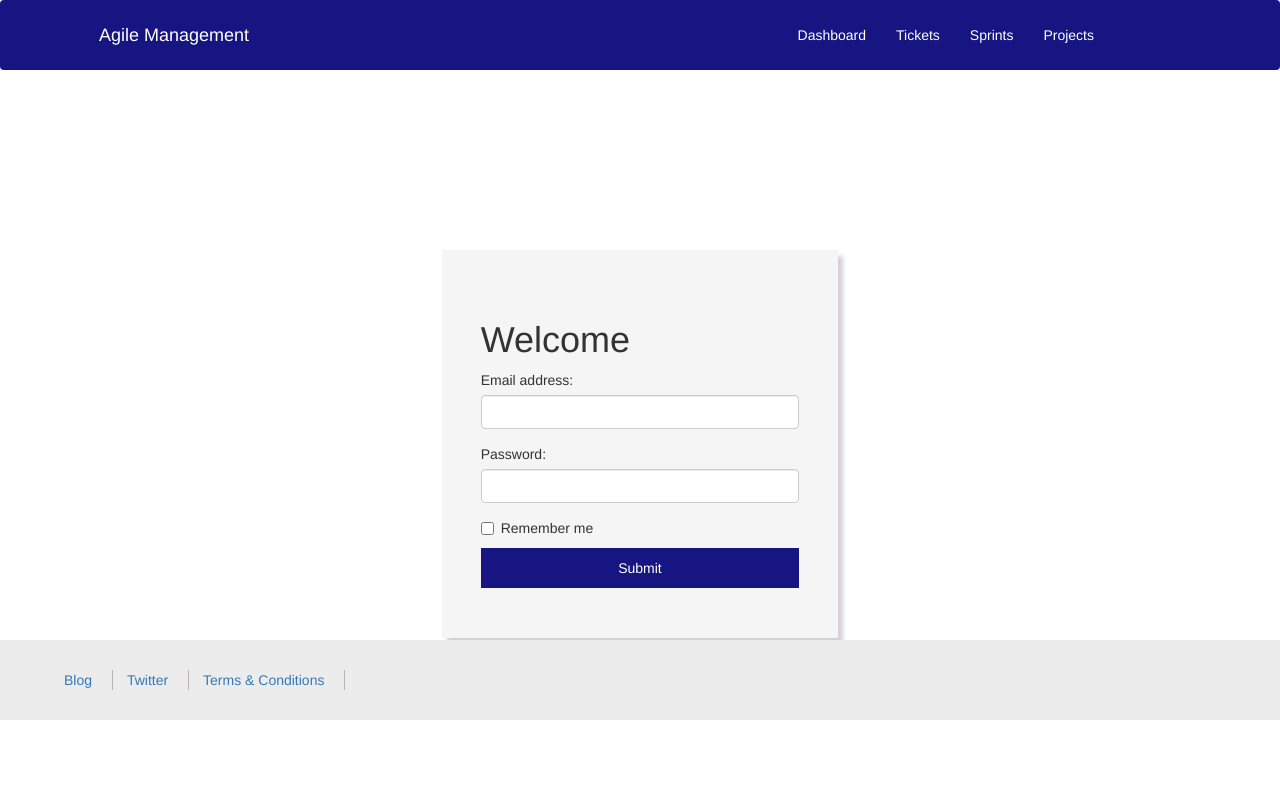
Repository: princexavier/agil
Page: http://localhost/Agile/login.jsp
An editor plug-in stored every save of this project. The page is shown before and after the next save, followed by the edit.
The browser window is 1280 px wide. The pictures show the whole page.
Some web libraries are served in a nearby version. The page is served by Tomcat 9.

Above is the page before, as saved 2018-01-19 08:34:40.

After the next save:
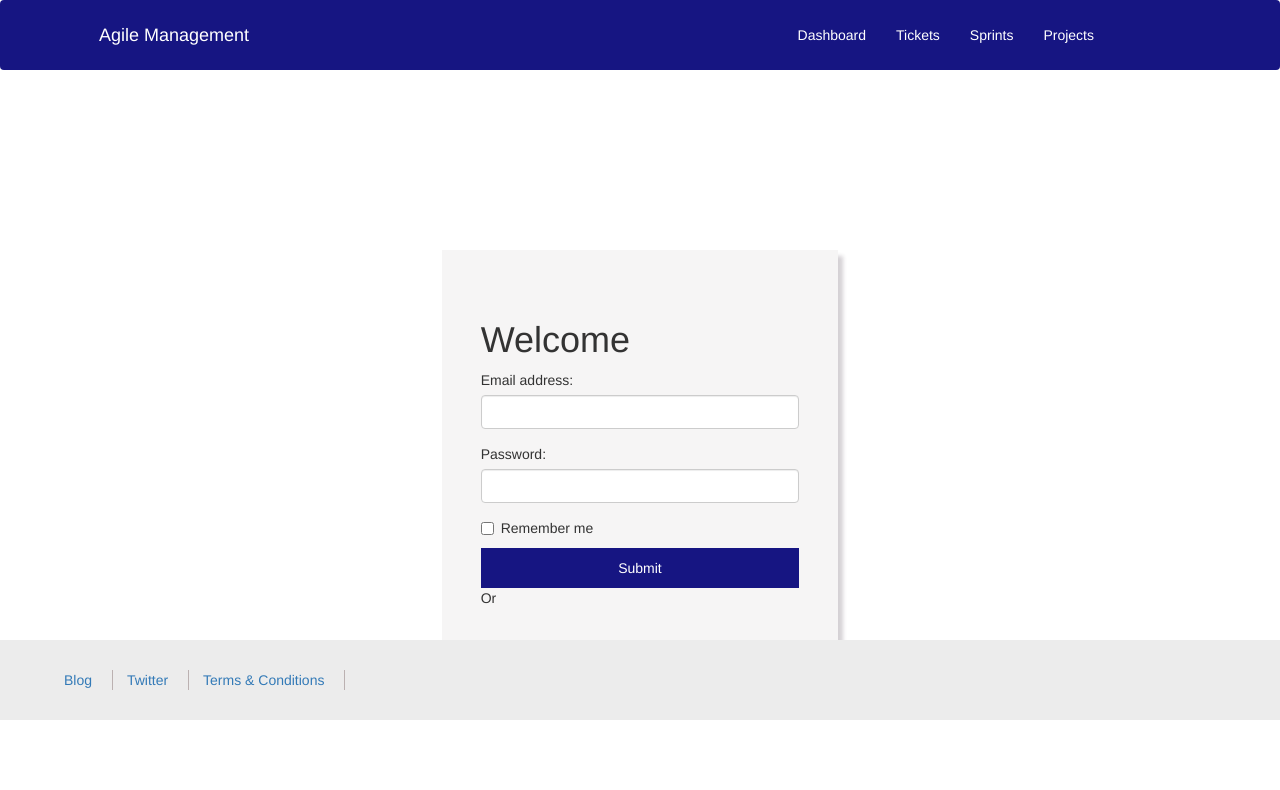
Saved 66 s later.
--- a/workspace/Agile/WebContent/login.jsp
+++ b/workspace/Agile/WebContent/login.jsp
@@ -57,7 +57,7 @@
 					</div>
 					<input type="submit"
 						style="padding: 10px 0px; border: none; width: 100%; background: #161582; color: #fff;">
-
+					<span>Or</span>
 				</form>
 			</div>
 			<div class="col-md-4"></div>
